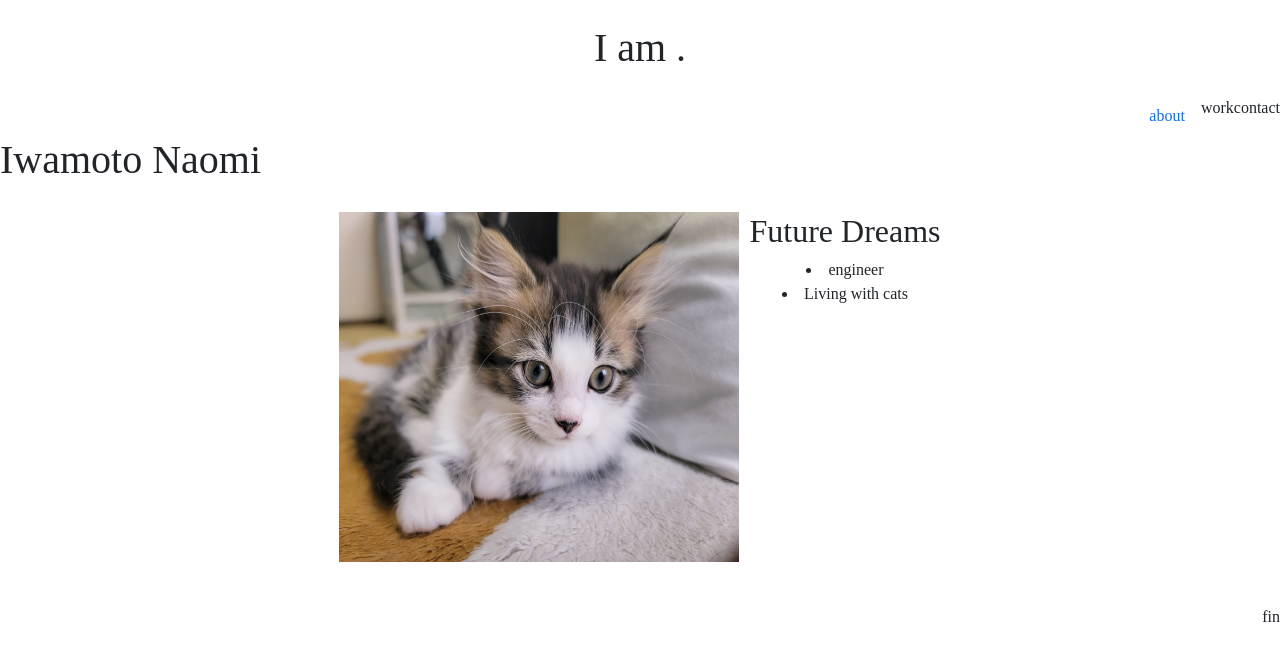
Repository: 7oooomi/portfolio-vercel-
Page: / (app in sample-app/)
The author's editor kept a copy of each file at every save. The page is drawn from the files as they stood at one save, then again after the next save.
The browser window is 1280 px wide. The pictures show the whole page.
The project was rebuilt for these pictures with package versions that can differ from the ones it lists, and the page was loaded fresh each time. The framework's server and built-in components were replaced by stand-ins that run in the browser. Also part of the build but not shown: sample-app/next.config.js.

Above is the page before, as saved 2022-08-07 20:08:21.

### sample-app/pages/_app.js

import 'bootstrap/dist/css/bootstrap.min.css';
import '../styles/globals.css';
import Layout from './Layout';

function MyApp({ Component, pageProps }) {
  return (
    <Layout>
      <Component {...pageProps} />
    </Layout>
  );
}

export default MyApp

### sample-app/pages/index.js
import Image from 'next/image';
import styles from '../styles/Home.module.css';


export default function MyPage () {
    return (
        <div>
            <h1> Iwamoto Naomi </h1>
            <div className={styles.title}>
                <p >
                    <Image src='/cat.jpg' width={400} height={350} />
                </p>
                <div>
                  <h2>Future Dreams</h2>
                  <li>engineer</li>
                  <li>Living with cats</li>
                </div>
            </div>
        </div>
    )
}

### sample-app/styles/globals.css
html,
body {
  padding: 0;
  margin: 0;
  font-family: HiraMinProN-W3;
}

a {
  color: inherit;
  text-decoration: none;
}

### sample-app/pages/Layout.js
import Home from './components/Header';
import Footer from './components/Footer';


export default function Layout ({ children }) {
    return (
        <>
          <Home />
            <main>{children}</main>
          <Footer />
        </>
    );
}

### sample-app/styles/Home.module.css
.container {
  border-style: solid;
  border-color: #b50099;
  font-size: x-large;
  text-align: center;
  width: 250px;
  height: 180px;
  padding: 10px;
  margin: 10px;
}

.main {
  min-height: 100vh;
  padding: 4rem 0;
  flex: 1;
  display: flex;
  flex-direction: column;
  justify-content: center;
  align-items: center;
}

.footer {
  display: flex;
  padding: 20px;
  flex-wrap: wrap;
  border-top: 1px solid white;
  justify-content: center;
}

.footer a {
  display: flex;
  justify-content: center;
  align-items: center;
  flex-grow: 1;
}

.title  {
  display: flex;
  padding: 20px;
  justify-content: center;
  gap:10px;
}

.title a:hover,
.title a:focus,
.title a:active {
  text-decoration: underline;
}

.title a {
  margin: 0;
  line-height: 1.15;
  font-size: 4rem;
}

.title,
.description {
  text-align: center;
}

.description {
  margin: 4rem 0;
  line-height: 1.5;
  font-size: 1.5rem;
}

.code {
  background: #fafafa;
  border-radius: 5px;
  padding: 0.75rem;
  font-size: 1.1rem;
  font-family: Menlo, Monaco, Lucida Console, Liberation Mono, DejaVu Sans Mono,
    Bitstream Vera Sans Mono, Courier New, monospace;
}

.grid {
  display: flex;
  align-items: center;
  justify-content: center;
  flex-wrap: wrap;
  max-width: 800px;
}

.card {
  margin: 1rem;
  padding: 1.5rem;
  text-align: left;
  color: inherit;
  text-decoration: none;
  border: 1px solid #eaeaea;
  border-radius: 10px;
  transition: color 0.15s ease, border-color 0.15s ease;
  max-width: 300px;
}

.card:hover,
.card:focus,
.card:active {
  color: #0070f3;
  border-color: #0070f3;
}

.card h2 {
  margin: 0 0 1rem 0;
  font-size: 1.5rem;
}

.card p {
  margin: 0;
  font-size: 1.25rem;
  line-height: 1.5;
}

.logo {
  height: 1em;
  margin-left: 0.5rem;
}

@media (max-width: 600px) {
  .grid {
    width: 100%;
    flex-direction: column;
  }
}

@media (prefers-color-scheme: dark) {
  .card,
  .footer {
    border-color: #222;
  }
  .code {
    background: #111;
  }
  .logo img {
    filter: invert(1);
  }
}

### sample-app/pages/components/Header.js
import Head from 'next/head'
import Image from 'next/image'
import Nav from 'react-bootstrap/Nav';
import Link from 'next/link';

export default function Home() {
  return (
    <div>
      <Head>
        <title>I am.</title>
        <meta name="description" content="Generated by create next app" />
        <link rel="icon" href="/favicon.ico" />
      </Head>

      <main>
        <h1 className="text-center mt-4 mb-4">
          <Link href='/'>I am .</Link>
        </h1>
        <Nav className="justify-content-end">
          <Nav.Item>
            <Nav.Link href='/about'>
              about
            </Nav.Link>
          </Nav.Item>
          <Nav.Item>
            <Link href='/work'>
              <a>work</a>
            </Link>
          </Nav.Item>
          <Nav.Item>
            <Link href='/contact'>
              <a>contact</a>
            </Link>
          </Nav.Item>
        </Nav>
      </main>
    </div>
  )
}

### sample-app/pages/components/Footer.js
export default function Footer() {
    return (
        <div style={{textAlign: 'right'}}>fin</div>
    )
}

After the next save:
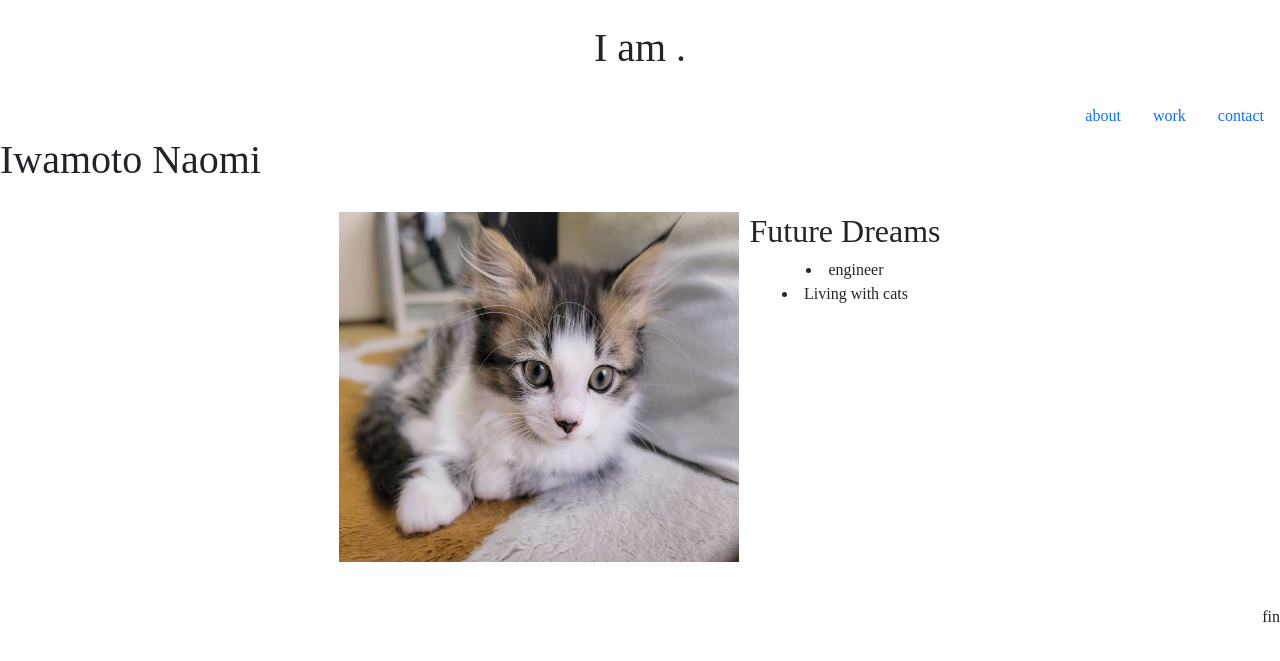
Saved 51 s later.
--- a/sample-app/pages/components/Header.js
+++ b/sample-app/pages/components/Header.js
@@ -23,14 +23,14 @@ export default function Home() {
             </Nav.Link>
           </Nav.Item>
           <Nav.Item>
-            <Link href='/work'>
+            <Nav.Link href='/work'>
               <a>work</a>
-            </Link>
+            </Nav.Link>
           </Nav.Item>
           <Nav.Item>
-            <Link href='/contact'>
+            <Nav.Link href='/contact'>
               <a>contact</a>
-            </Link>
+            </Nav.Link>
           </Nav.Item>
         </Nav>
       </main>
